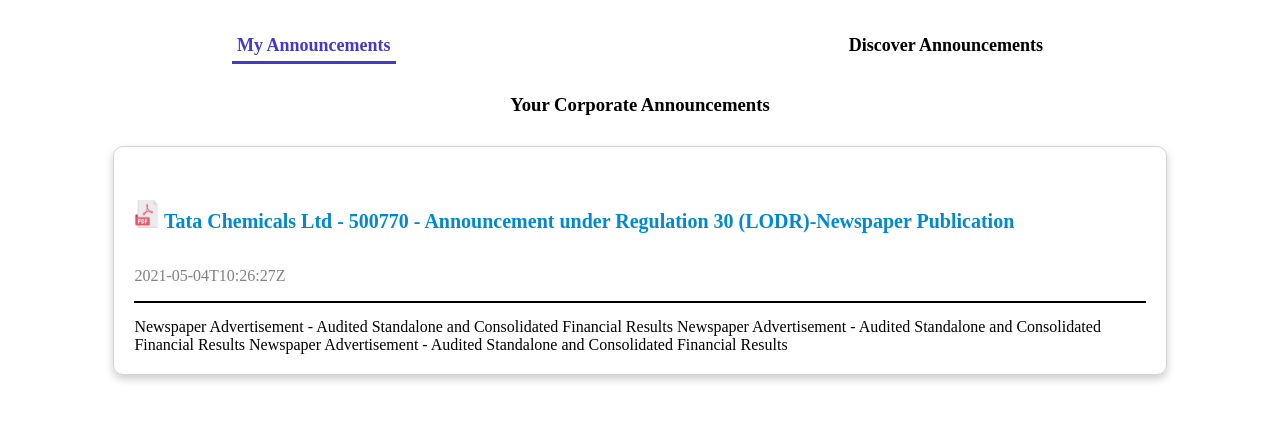
Repository: bhumikagohil/announcements
Page: announcements_tabs/index.html
An editor plug-in stored every save of this project. The page is shown before and after the next save, followed by the edit.
The browser window is 1280 px wide. The pictures show the whole page.
The page's requests for data from a server got no answer.

Above is the page before, as saved 2021-05-13 14:12:05.

### announcements_tabs/index.html
<!DOCTYPE html>
<html lang="en">

<head>
    <meta charset="UTF-8">
    <meta name="viewport" content="width=device-width, initial-scale=1.0">
    <meta http-equiv="X-UA-Compatible" content="ie=edge">
    <link href="style.css" rel="stylesheet">

    <title>Corporate Announcements</title>
</head>
<script src="https://ajax.googleapis.com/ajax/libs/jquery/3.5.1/jquery.min.js"></script>

<script src="script.js" defer></script>

<body>

    <div class="container">
        <ul class="tabs">
            <li data-tab-target="#my-announcements" class="active tab">My Announcements</li>
            <li data-tab-target="#discover-announcements" class="tab" id="discover-tab">Discover Announcements</li>
        </ul>

        <div class="tab-content">
            <div id="my-announcements" data-tab-content class="active">
                <div class="container">
                    <h3 class="heading">Your Corporate Announcements</h3>
                </div>

                <div class="container" id="announcements-cards-container">
                    <div class="announcements-card" id=${item.news_id} style="    padding: 20px 20px;
                    box-shadow: 0 4px 8px 0 rgb(0 0 0 / 20%);
                    border: 1px solid #d3d3d3;
                    border-radius: 10px;
                    margin: auto;
                    margin-bottom: 10px;">

<a href="https://www.bseindia.com/xml-data/corpfiling/AttachLive/5c736c63-80a0-444f-b9a3-3539fa573147.pdf" style="text-decoration: none;">
                       <h5 class="title" style="    font-size: 1.25rem; ">
                                               <img src="pdf.png" alt="Link" width="25" height="28">

                            Tata Chemicals Ltd - 500770 - Announcement under Regulation 30 (LODR)-Newspaper Publication
                        </h5>
                    </a>
                        <p class="time">
                            2021-05-04T10:26:27Z
                        </p>
                        <hr />
                        <div class="summary">
                            Newspaper Advertisement - Audited Standalone and Consolidated Financial Results
                            Newspaper Advertisement - Audited Standalone and Consolidated Financial Results
                            Newspaper Advertisement - Audited Standalone and Consolidated Financial Results

                        </div>
                    </div>
                </div>

            </div>
            <div id="discover-announcements" data-tab-content>
                <!-- Heading -->
                <div class="container">
                    <h3 class="heading">Discover Corporate Announcements</h3>
                </div>
                <!-- Autocomplete Bar -->
                <div class="container">
                    <form autocomplete="off" class="form">
                        <input id="input-field" placeholder="Search companies" type="text">
                        <ul class="autocomplete"></ul>
                    </form>
                </div>
                <!-- Cards Section -->
                <div class="container cards-container" id="discover-cards-container">
                </div>
            </div>

        </div>
    </div>

</body>

</html>

### announcements_tabs/style.css
[data-tab-content] {
  display: none;
}

.active[data-tab-content] {
  display: block;
}

.tabs {
  display: flex;
  justify-content: space-around;
  list-style-type: none;
  margin: 0;
  padding: 0;
}

.tab {
  cursor: pointer;
  padding: 5px;
  font-size: large;
  font-weight: bold;
}


.tab.active {
  color: #443ac8;
  border-bottom: 3px solid #443ac8;
}

.tab:hover {
  color: #443ac8;
}

/* Media Queries */
@media only screen and (max-width: 768px) {
  .tab {
    font-size: 10px;
  }
  .tab.active {
    border-bottom: 2px solid #443ac8;
  }
}

.container {
  width: 100%;
  margin: 30px auto;
}

.heading {
  text-align: center;
}

/*  ANNOUNCEMENTS */

.title {
  color: #0089d0;
}

.announcements-card {
  padding: 20px 20px;
  box-shadow: 0 4px 8px 0 rgba(0, 0, 0, 0.2);
  width: 80%;
  border: 1px solid #d3d3d3;
  border-radius: 10px;
  margin: auto;

  margin-bottom: 10px;
}

.announcements-card:hover {
  box-shadow: 0 8px 16px 0 rgba(0, 0, 0, 0.2);
}

hr {
  display: block;
  border: none;
  height: 2px;
  background-color: #000;
}

.time {
  /* font-size: 14px; */
  color: #858080;
}

.summary {
  overflow-x: auto;
  margin-top: 15px;
  /* font-size: 16px; */
}

/* DISCOVER ANNOUNCEMENTS */

/* Input Bar */
.form {
  width: 100%;
}

#input-field {
  position: absolute;
  width: 80%;
  /* height: 35px; */
  border-right: none;
  padding: 10px;
  border-radius: 4px;
  border: 1px solid #aab7ca;
}

input[type="text" i] {
  font-size: 14px;
}

/* Autocomplete Bar */
.autocomplete {
  width: 100%;
  position: absolute;
  background: #fff;
  list-style-type: none;
  margin-top: 48px;
  padding-left: 0;
  /* margin-left: auto; */
  z-index: 10;
}

.autocomplete-items {
  display: flex;
  padding: 0px 10px;
  cursor: pointer;
  border: 1px solid #d4d4d4;
  border-top: none;
}

.autocomplete-items:hover {
  background-color: #e9e9e9;
}

.autocomplete-title {
  margin-right: 20px;
  font-size: 14px;
}

.add-button {
  width: 50px;
  height: 26px;
  text-align: center;
  cursor: pointer;
  color: #fff;
  background-color: #4caf50;
  margin: auto 0 auto auto;
  border: none;
}

/* Card  */

.cards-container {
  margin-top: 80px;
  z-index: 1;
}
.discover-card {
  padding: 2% 4%;
  box-shadow: 0 4px 8px 0 rgba(0, 0, 0, 0.2);
  border: 1px solid #d3d3d3;
  border-radius: 5px;
  margin: auto;
  margin-bottom: 10px;
  display: flex;
  flex-direction: row;
  justify-content: space-between;
  align-items: center;
}

.status-button {
  position: relative;
  border: none;
  color: white;
  padding: 5px 10px;
  height: 30px;
  width: 70px;
  text-align: center;
  text-decoration: none;
  display: inline-block;
  font-size: 12px;
  cursor: pointer;
  background-color: #f11e0f;
  z-index: 1;
}

/* Loader */
@keyframes spinner {
  to {
    transform: rotate(360deg);
  }
}

.spinner:before {
  content: "";
  position: absolute;
  width: 18px;
  height: 18px;
  margin-top: -10px;
  margin-left: -10px;
  margin-right: -10px;
  border-radius: 50%;
  border-top: 2px solid #fff;
  border-right: 2px solid transparent;
  animation: spinner 0.6s linear infinite;
  z-index: 4;
}

/* @media only screen and (min-width: 425px) {
  .autocomplete {
    width: 77%;
  }
}

@media only screen and (min-width: 768px) {
  .autocomplete {
    width: 78.3%;
  }
}

@media only screen and (min-width: 1024px) {
  .autocomplete {
    width: 78.7%;
  }
}
@media only screen and (min-width: 1440px) {
  .autocomplete {
    width: 79.2%;
  }
} */

### announcements_tabs/script.js
const tabs = document.querySelectorAll("[data-tab-target]");
const tabContents = document.querySelectorAll("[data-tab-content]");

tabs.forEach((tab) => {
  tab.addEventListener("click", () => {
    const target = document.querySelector(tab.dataset.tabTarget);
    tabContents.forEach((tabContent) => {
      tabContent.classList.remove("active");
    });
    tabs.forEach((tab) => {
      tab.classList.remove("active");
    });
    tab.classList.add("active");
    target.classList.add("active");
  });
});

// ANNOUNCEMENTS

const hostname = "165.22.217.142";

const endpoint = `http://localhost:8000/null`;

fetch(endpoint)
  .then(function (response) {
    return response.json();
  })
  .then(function (response) {
    if (response.length < 1) {
      $(".announcements-card").html(
        "You haven't added any companies yet.Please click on discover announcements to add companies to receive corporate announcements "
      );
    } else {
      const newCard = response.map((item) => {
        return `
                      <div class="announcements-card">
                          <h5 class="title"> ${item.title} </h5>
                          <p class="time"> ${item.disseminated_time}</p>
                          <hr/>
                          <div class="summary">
                              ${item.summary}
                          </div>
                      </div>
                  `;
      });

      document
        .querySelector("#announcements-cards-container")
        .insertAdjacentHTML("afterbegin", newCard);
    }
  })
  .catch(function (err) {
    console.log("error: " + err);
  });

// DISCOVER ANNOUNCEMENTS

var query,
  company_cards_present = [];

const min_query_length = 3;
const spinner = `<div class="spinner"></div>`;

$(document).ready(function () {
  $("#input-field").on("input", function () {
    query = $(this).val();
    if (query.length >= min_query_length) {
      //   Fetching Autocomplete Sugguestions
      fetchData(
        `http://${hostname}/corpann/api/autocomplete/?search=${query}`,
        renderAutocompleteItem
      );
    } else {
      $(".autocomplete").empty();
    }
  });
});

// Fetching Followed Companies
$('#discover-tab').one("click", function () {
  // $("#loadingMessage").css('padding-top', '6%');
  console.log("clicked")
});


function fetchFollowedCompanies() {
  fetchData(
    `http://${hostname}/corpann/api/company/following/`,
    renderFollowedCompanies
  );
}

// Render Followed Companies

function renderFollowedCompanies(data) {
  data.map((item) => {
    createCard(item.company_name, item.scrip_id, "Unfollow");
  });
}

// Autocomplete Items

function renderAutocompleteItem(data) {
  var filtered_autocomplete_sugguestions = data.filter(
    (item) => !company_cards_present.includes(item.scrip_id)
  );

  var new_autocomplete_item = filtered_autocomplete_sugguestions
    .map((item) => {
      return `
                      <li class="autocomplete-items" onclick="createCard('${item.company_name}','${item.scrip_id}')">
                      <span  onclick="con('${item.company_name}','${item.scrip_id}')">
                         <p class="autocomplete-title"> ${item.company_name}</p>
                          <button id="${item.scrip_id}" class="add-button" onclick="createCard('${item.company_name}','${item.scrip_id}')">Add</button>
                     </span>
                          </li>
                  `;
    })
    .join("\n");

  $(".autocomplete").empty();

  document
    .querySelector(".autocomplete")
    .insertAdjacentHTML("afterbegin", new_autocomplete_item);
}

// Creating New Card
function createCard(name, id, text) {
  company_cards_present.push(parseInt(id));

  const card = `
                  <div class="discover-card" id="${id}">
                      <h5 class="card-title"> ${name} </h5>
                      <button class="status-button" onclick="removeCard('${id}', this)">
                       ${text || spinner}
                      </button>
                  </div>
              `;

  $(".autocomplete").empty();

  $("#input-field").val("");

  document
    .querySelector("#discover-cards-container")
    .insertAdjacentHTML("afterbegin", card);

  getCompanyStatus(name, id);
}

// Fetching Company Status

function getCompanyStatus(name, id) {
  fetchData(
    `http://${hostname}/corpann/api/follow/?company=${id}`,
    checkStatus
  );
}

function checkStatus(data) {
  if (data.company_status === "Confirmed") {
    $("#" + data.scrip_id)
      .children("button")
      .html("Unfollow");
  } else {
    card = $("#discover-cards-container").children().first();
    card
      .children("button")
      .html("Try again")
      .css("background-color", "#4caf50");
    setTimeout(() => {
      removeGivenCard(card);
    }, 1000);
    company_cards_present.splice(
      company_cards_present.indexOf(card.attr("id")),
      1
    );
  }
}

function removeGivenCard(card) {
  card.remove();
}

// Removing Card on Unfollow

function removeCard(id, obj) {
  $(obj).html(spinner);
  company_cards_present = company_cards_present.filter(function (e) {
    return e !== parseInt(id);
  });
  fetchData(
    `http://${hostname}/corpann/api/unfollow/?company=${id}`,
    checkUnfollowStatus
  );
}

function checkUnfollowStatus(data) {
  if (data.company_status === "Confirmed") {
    $("#" + data.scrip_id).remove();
  } else {
    $("#status-button").html("Unfollow");
  }
}
// Fetch Function

function fetchData(endpoint, onSuccess) {
  fetch(endpoint)
    .then(function (response) {
      return response.json();
    })
    .then(function (response) {
      onSuccess(response.data);
    })
    .catch(function (err) {
      console.log(err);
    });
}

async function postData(url = "", data = {}, onSuccess) {
  // Default options are marked with *
  const response = await fetch(url, {
    method: "POST", // *GET, POST, PUT, DELETE, etc.
    mode: "cors", // no-cors, *cors, same-origin
    cache: "no-cache", // *default, no-cache, reload, force-cache, only-if-cached
    credentials: "same-origin", // include, *same-origin, omit
    headers: {
      "Content-Type": "application/json",
      // 'Content-Type': 'application/x-www-form-urlencoded',
    },
    redirect: "follow", // manual, *follow, error
    referrerPolicy: "no-referrer", // no-referrer, *no-referrer-when-downgrade, origin, origin-when-cross-origin, same-origin, strict-origin, strict-origin-when-cross-origin, unsafe-url
    body: JSON.stringify(data), // body data type must match "Content-Type" header
  })
    .then(function (response) {
      return response.json(); // parses JSON response into native JavaScript objects
    })
    .then(function (response) {
      onSuccess(response.data);
    })
    .catch(function (err) {
      console.log("error: " + err);
    });
}

After the next save:
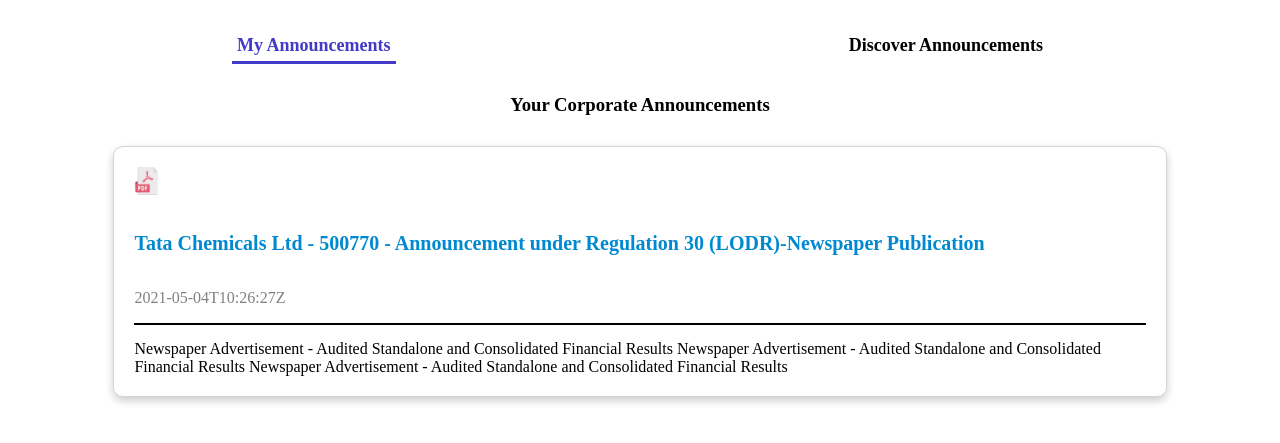
Saved 9 s later.
--- a/announcements_tabs/index.html
+++ b/announcements_tabs/index.html
@@ -36,8 +36,8 @@
                     margin-bottom: 10px;">
 
 <a href="https://www.bseindia.com/xml-data/corpfiling/AttachLive/5c736c63-80a0-444f-b9a3-3539fa573147.pdf" style="text-decoration: none;">
-                       <h5 class="title" style="    font-size: 1.25rem; ">
-                                               <img src="pdf.png" alt="Link" width="25" height="28">
+    <img src="pdf.png" alt="Link" width="25" height="28">
+    <h5 class="title" style="    font-size: 1.25rem; ">
 
                             Tata Chemicals Ltd - 500770 - Announcement under Regulation 30 (LODR)-Newspaper Publication
                         </h5>
